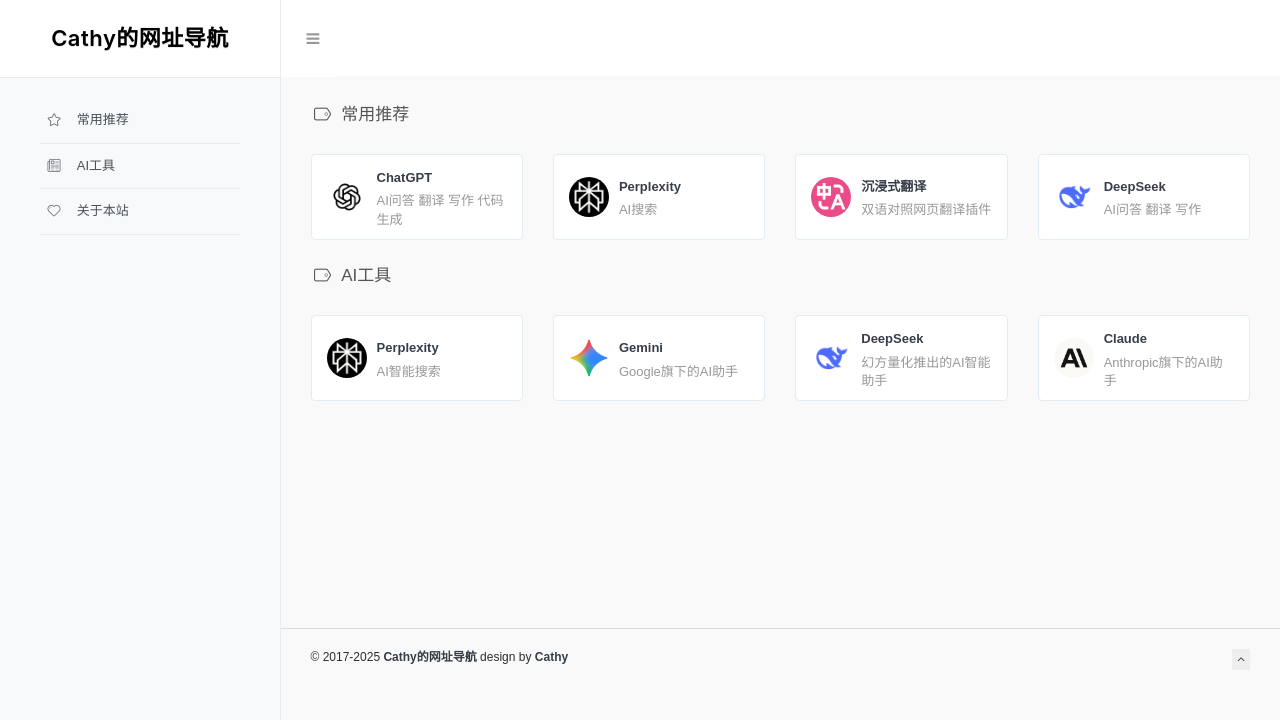
Repository: SweetPomelo0/AINav
Page: cn/index.html
An editor plug-in stored every save of this project. The page is shown before and after the next save, followed by the edit.
The browser window is 1280 px wide. The pictures show the whole page.

Above is the page before, as saved 2025-07-24 23:37:47.

### cn/index.html
<!doctype html>
<html lang="zh">
  <head>
    <meta charset="utf-8" />
    <meta http-equiv="X-UA-Compatible" content="IE=edge" />
    <meta name="viewport" content="width=device-width, initial-scale=1.0" />
    <meta name="author" content="viggo" />
    <title>Cathy的网址导航</title>
    <meta name="keywords" content="Cathy的网址导航,收集工作中常用网址" />
    <meta name="description" content="Cathy的网址导航,收集工作中常用网址" />
    <link rel="shortcut icon" href="../assets/images/favicon.png" />
    <link
      rel="stylesheet"
      href="http://fonts.googleapis.com/css?family=Arimo:400,700,400italic"
    />
    <link
      rel="stylesheet"
      href="../assets/css/fonts/linecons/css/linecons.css"
    />
    <link
      rel="stylesheet"
      href="../assets/css/fonts/fontawesome/css/font-awesome.min.css"
    />
    <link rel="stylesheet" href="../assets/css/bootstrap.css" />
    <link rel="stylesheet" href="../assets/css/xenon-core.css" />
    <link rel="stylesheet" href="../assets/css/xenon-components.css" />
    <link rel="stylesheet" href="../assets/css/xenon-skins.css" />
    <link rel="stylesheet" href="../assets/css/nav.css" />
    <style>
      /* 自定义logo文字样式 */
      .logo-text {
        text-decoration: none !important;
        display: block;
      }

      .logo-title {
        background: linear-gradient(135deg, #000000 0%, #000000 50%, #000000 100%);
        -webkit-background-clip: text;
        -webkit-text-fill-color: transparent;
        background-clip: text;
        font-size: 22px;
        font-weight: 600;
        font-family: 'Microsoft YaHei', 'PingFang SC', 'SF Pro Display', 'Helvetica Neue', Arial, sans-serif;
        text-decoration: none;
        display: block;
        line-height: 1.3;
        letter-spacing: 0.5px;
        transition: all 0.3s ease;
        text-shadow: 0 1px 1px rgba(0,0,0,0.1);
        text-align: center;
        width: 100%;
        /* 调整上下间距 */
        padding: 5px 0;
      }

      .logo-title-collapsed {
         color: #ffffff;
         font-size: 22px;
         font-weight: 700;
         font-family: 'Microsoft YaHei', 'PingFang SC', 'SF Pro Display', 'Helvetica Neue', Arial, sans-serif;
         text-decoration: none;
         display: inline-block;
         line-height: 1;
         text-align: center;
         width: 42px;
         height: 42px;
         line-height: 42px;
         background: linear-gradient(135deg, #000000 0%, #000000 50%, #000000 100%);
         border-radius: 12px;
         transition: all 0.3s cubic-bezier(0.4, 0, 0.2, 1);
         box-shadow: 0 4px 12px rgba(30, 136, 229, 0.3);
         border: 2px solid rgba(255, 255, 255, 0.1);
       }


      /* 确保logo容器样式 */
       .sidebar-menu .logo-env .logo {
         text-align: center !important;
         width: 100% !important;
         float: none !important;
         display: flex !important;
         justify-content: center !important;
         align-items: center !important;
       }

       /* 添加微妙的发光效果
       .logo-title::before {
         content: '';
         position: absolute;
         top: 0;
         left: 0;
         right: 0;
         bottom: 0;
         background: linear-gradient(135deg, rgba(199, 129, 191, 0.1) 0%, rgba(199, 129, 191, 0.1) 100%);
         border-radius: 8px;
         opacity: 0;
         transition: opacity 0.3s ease;
         z-index: -1;
       }*/

       .logo-text:hover .logo-title::before {
         opacity: 1;
       }

       /* 为logo文字添加相对定位 */
       .logo-title {
         position: relative;
       }

       /* 浅色侧边栏主题样式 */
       .sidebar-menu {
         background: #f8f9fa !important;
         border-right: 1px solid #e9ecef;
         box-shadow: 2px 0 10px rgba(0,0,0,0.1);
       }

       .sidebar-menu .logo-env {
         background: #ffffff;
         border-bottom: 1px solid #e9ecef !important;
         height: 78px;
       }

       .sidebar-menu .main-menu a {
         color: #495057 !important;
         border-bottom: 1px solid #e9ecef !important;
         transition: all 0.3s ease;
       }

       .sidebar-menu .main-menu a:hover {
         color: #007bff !important;
         background: #f1f3f4;
         padding-left: 15px;
         border-left: 3px solid #007bff;
       }

       .sidebar-menu .main-menu li.active > a {
         color: #007bff !important;
         background: #e3f2fd;
         border-left: 3px solid #007bff;
         font-weight: 500;
       }

       .sidebar-menu .main-menu a > i {
         color: #6c757d;
       }

       .sidebar-menu .main-menu a:hover > i,
       .sidebar-menu .main-menu li.active > a > i {
         color: #007bff;
       }

       .sidebar-menu .main-menu li.has-sub > a:before {
         color: #6c757d !important;
       }

       .sidebar-menu .main-menu li.has-sub:hover > a:before,
       .sidebar-menu .main-menu li.has-sub.active > a:before {
         color: #007bff !important;
       }

       /* 子菜单样式 */
       .sidebar-menu .main-menu ul li a {
         color: #6c757d !important;
         padding-left: 35px;
         font-size: 13px;
       }

       .sidebar-menu .main-menu ul li a:hover {
         color: #007bff !important;
         background: #f8f9fa;
         padding-left: 45px;
       }

       .sidebar-menu .main-menu ul li.active > a {
         color: #007bff !important;
         background: #e3f2fd;
         font-weight: 500;
       }

       /* 标签样式调整 */
       .sidebar-menu .main-menu .label {
         background: #28a745;
         color: white;
       }

       .sidebar-menu .main-menu .label-pink {
         background: #e91e63;
       }

       .sidebar-menu .main-menu .label-Primary {
         background: #007bff;
       }
    </style>
    <script src="../assets/js/jquery-1.11.1.min.js"></script>
  </head>

  <body class="page-body">
    <!-- skin-white -->
    <div class="page-container">
      <div class="sidebar-menu toggle-others fixed">
        <div class="sidebar-menu-inner">
          <header class="logo-env">
            <!-- logo -->
            <div class="logo">
              <a href="index.html" class="logo-expanded logo-text">
                <span class="logo-title">Cathy的网址导航</span>
              </a>
              <a href="index.html" class="logo-collapsed logo-text">
                <span class="logo-title-collapsed">C</span>
              </a>
            </div>

          </header>
          <ul id="main-menu" class="main-menu">
            <li>
              <a href="#常用推荐" class="smooth">
                <i class="linecons-star"></i>
                <span class="title">常用推荐</span>
              </a>
            </li>
            <li>
              <a href="#AI工具" class="smooth">
                <i class="linecons-doc"></i>
                <span class="title">AI工具</span>
              </a>
            </li>

            <li>
              <a href="about.html">
                <i class="linecons-heart"></i>
                <span class="tooltip-blue">关于本站</span>
                <!-- <span class="label label-Primary pull-right hidden-collapsed"
                  > </span> -->
              </a>
            </li>

          </ul>
        </div>
      </div>
      <div class="main-content">
        <nav class="navbar user-info-navbar" role="navigation">
          <!-- User Info, Notifications and Menu Bar -->
          <!-- Left links for user info navbar -->
          <ul class="user-info-menu left-links list-inline list-unstyled">
            <li class="hidden-sm hidden-xs">
              <a href="#" data-toggle="sidebar">
                <i class="fa-bars"></i>
              </a>
            </li>
        </nav>

        <!-- 常用推荐 -->
        <h4 class="text-gray">
          <i class="linecons-tag" style="margin-right: 7px" id="常用推荐"></i>常用推荐
        </h4>
        <div class="row">

          <!-- ChatGPT -->
          <div class="col-sm-3">
                    <div class="xe-widget xe-conversations box2 label-info" onclick="window.open('https://chatgpt.com/', '_blank')" data-toggle="tooltip" data-placement="bottom" title="" data-original-title="https://chatgpt.com/">
                        <div class="xe-comment-entry">
                            <a class="xe-user-img">
                                <img data-src="../assets/images/logos/chatgpt.png" class="lozad img-circle" width="40">
                            </a>
                            <div class="xe-comment">
                                <a href="#" class="xe-user-name overflowClip_1">
                                    <strong>ChatGPT</strong>
                                </a>
                                <p class="overflowClip_2">AI问答 翻译 写作 代码生成</p>
                            </div>
                        </div>
                    </div>
                </div>

          <!-- Perplexity -->
             <div class="col-sm-3">
                    <div class="xe-widget xe-conversations box2 label-info" onclick="window.open('https://www.perplexity.ai/', '_blank')" data-toggle="tooltip" data-placement="bottom" title="" data-original-title="https://www.perplexity.ai/">
                        <div class="xe-comment-entry">
                            <a class="xe-user-img">
                                <img data-src="../assets/images/logos/perplexity.png" class="lozad img-circle" width="40">
                            </a>
                            <div class="xe-comment">
                                <a href="#" class="xe-user-name overflowClip_1">
                                    <strong> Perplexity</strong>
                                </a>
                                <p class="overflowClip_2">AI搜索</p>
                            </div>
                        </div>
                    </div>
                </div>

          <!-- 沉浸式翻译 -->
          <div class="col-sm-3">
                    <div class="xe-widget xe-conversations box2 label-info" onclick="window.open('https://immersivetranslate.com/zh-Hans/?utm_source=ai-bot.cn', '_blank')" data-toggle="tooltip" data-placement="bottom" title="" data-original-title="https://immersivetranslate.com/zh-Hans/?utm_source=ai-bot.cn">
                        <div class="xe-comment-entry">
                            <a class="xe-user-img">
                                <img data-src="../assets/images/logos/immersive.ico" class="lozad img-circle" width="40">
                            </a>
                            <div class="xe-comment">
                                <a href="#" class="xe-user-name overflowClip_1">
                                    <strong> 沉浸式翻译</strong>
                                </a>
                                <p class="overflowClip_2">双语对照网页翻译插件</p>
                            </div>
                        </div>
                    </div>
                </div>



          <!-- DeepSeek -->
          <div class="col-sm-3">
                    <div class="xe-widget xe-conversations box2 label-info" onclick="window.open('https://deepseek.cn/', '_blank')" data-toggle="tooltip" data-placement="bottom" title="" data-original-title="https://deepseek.cn/">
                        <div class="xe-comment-entry">
                            <a class="xe-user-img">
                                <img data-src="../assets/images/logos/deepseek.png" class="lozad img-circle" width="40">
                            </a>
                            <div class="xe-comment">
                                <a href="#" class="xe-user-name overflowClip_1">
                                    <strong>DeepSeek</strong>
                                </a>
                                <p class="overflowClip_2">AI问答 翻译 写作</p>
                            </div>
                        </div>
                    </div>
                </div>

        </div>
        <br />
        <!-- END 常用推荐 -->

        <!-- AI工具 -->
        <h4 class="text-gray">
          <i class="linecons-tag" style="margin-right: 7px" id="AI工具"></i>AI工具
        </h4>
        <div class="row">

          <!-- Perplexity -->
             <div class="col-sm-3">
                    <div class="xe-widget xe-conversations box2 label-info" onclick="window.open('https://www.perplexity.ai/', '_blank')" data-toggle="tooltip" data-placement="bottom" title="" data-original-title="https://www.perplexity.ai/">
                        <div class="xe-comment-entry">
                            <a class="xe-user-img">
                                <img data-src="../assets/images/logos/perplexity.png" class="lozad img-circle" width="40">
                            </a>
                            <div class="xe-comment">
                                <a href="#" class="xe-user-name overflowClip_1">
                                    <strong> Perplexity</strong>
                                </a>
                                <p class="overflowClip_2">AI智能搜索</p>
                            </div>
                        </div>
                    </div>
                </div>

          <!-- Gemini -->
          <div class="col-sm-3">
                    <div class="xe-widget xe-conversations box2 label-info" onclick="window.open('https://gemini.google.com/app', '_blank')" data-toggle="tooltip" data-placement="bottom" title="" data-original-title="https://gemini.google.com/app">
                        <div class="xe-comment-entry">
                            <a class="xe-user-img">
                                <img data-src="../assets/images/logos/gemini.png" class="lozad img-circle" width="40">
                            </a>
                            <div class="xe-comment">
                                <a href="#" class="xe-user-name overflowClip_1">
                                    <strong> Gemini</strong>
                                </a>
                                <p class="overflowClip_2">Google旗下的AI助手</p>
                            </div>
                        </div>
                    </div>
                </div>

          <!-- DeepSeek -->
          <div class="col-sm-3">
                    <div class="xe-widget xe-conversations box2 label-info" onclick="window.open('https://deepseek.cn/', '_blank')" data-toggle="tooltip" data-placement="bottom" title="" data-original-title="https://deepseek.cn/">
                        <div class="xe-comment-entry">
                            <a class="xe-user-img">
                                <img data-src="../assets/images/logos/deepseek.png" class="lozad img-circle" width="40">
                            </a>
                            <div class="xe-comment">
                                <a href="#" class="xe-user-name overflowClip_1">
                                    <strong>DeepSeek</strong>
                                </a>
                                <p class="overflowClip_2">幻方量化推出的AI智能助手</p>
                            </div>
                        </div>
                    </div>
                </div>

          <!-- Claude -->
          <div class="col-sm-3">
                    <div class="xe-widget xe-conversations box2 label-info" onclick="window.open('https://claude.ai/', '_blank')" data-toggle="tooltip" data-placement="bottom" title="" data-original-title="https://claude.ai/">
                        <div class="xe-comment-entry">
                            <a class="xe-user-img">
                                <img data-src="../assets/images/logos/claude.png" class="lozad img-circle" width="40">
                            </a>
                            <div class="xe-comment">
                                <a href="#" class="xe-user-name overflowClip_1">
                                    <strong> Claude</strong>
                                </a>
                                <p class="overflowClip_2">Anthropic旗下的AI助手</p>
                            </div>
                        </div>
                    </div>
                </div>



        </div>
        <br />
        <!-- END AI工具 -->
<!--  -->

        <br />

        <footer class="main-footer sticky footer-type-1">
          <div class="footer-inner">
            <!-- Add your copyright text here -->
            <div class="footer-text">
              &copy; 2017-2025
              <a href="../cn/about.html"><strong>Cathy的网址导航</strong></a> design by
              <a href="https://www.viggoz.com" target="_blank"
                ><strong>Cathy</strong></a
              >
              <!--  - Purchase for only <strong>23$</strong> -->
            </div>
            <!-- Go to Top Link, just add rel="go-top" to any link to add this functionality -->
            <div class="go-up">
              <a href="#" rel="go-top">
                <i class="fa-angle-up"></i>
              </a>
            </div>
          </div>
        </footer>
      </div>
    </div>
    <!-- 锚点平滑移动 -->
    <script type="text/javascript">
      $(document).ready(function () {
        //img lazy loaded
        const observer = lozad();
        observer.observe();

        $(document).on("click", ".has-sub", function () {
          var _this = $(this);
          if (!$(this).hasClass("expanded")) {
            setTimeout(function () {
              _this.find("ul").attr("style", "");
            }, 300);
          } else {
            $(".has-sub ul").each(function (id, ele) {
              var _that = $(this);
              if (_this.find("ul")[0] != ele) {
                setTimeout(function () {
                  _that.attr("style", "");
                }, 300);
              }
            });
          }
        });
        $(".user-info-menu .hidden-sm").click(function () {
          if ($(".sidebar-menu").hasClass("collapsed")) {
            $(".has-sub.expanded > ul").attr("style", "");
          } else {
            $(".has-sub.expanded > ul").show();
          }
        });
        $("#main-menu li ul li").click(function () {
          $(this).siblings("li").removeClass("active"); // 删除其他兄弟元素的样式
          $(this).addClass("active"); // 添加当前元素的样式
        });
        $("a.smooth").click(function (ev) {
          ev.preventDefault();

          public_vars.$mainMenu
            .add(public_vars.$sidebarProfile)
            .toggleClass("mobile-is-visible");
          ps_destroy();
          $("html, body").animate(
            {
              scrollTop: $($(this).attr("href")).offset().top - 30,
            },
            {
              duration: 500,
              easing: "swing",
            }
          );
        });
        return false;
      });

      var href = "";
      var pos = 0;
      $("a.smooth").click(function (e) {
        $("#main-menu li").each(function () {
          $(this).removeClass("active");
        });
        $(this).parent("li").addClass("active");
        e.preventDefault();
        href = $(this).attr("href");
        pos = $(href).position().top - 30;
      });
    </script>
    <!-- Bottom Scripts -->
    <script src="../assets/js/bootstrap.min.js"></script>
    <script src="../assets/js/TweenMax.min.js"></script>
    <script src="../assets/js/resizeable.js"></script>
    <script src="../assets/js/joinable.js"></script>
    <script src="../assets/js/xenon-api.js"></script>
    <script src="../assets/js/xenon-toggles.js"></script>
    <!-- JavaScripts initializations and stuff -->
    <script src="../assets/js/xenon-custom.js"></script>
    <script src="../assets/js/lozad.js"></script>
  </body>
</html>

### assets/css/nav.css
.box2 {
  height: 86px;
  cursor: pointer;
  border-radius: 4px;
  padding: 0px 30px 0px 30px;
  background-color: #fff;
  border-radius: 4px;
  border: 1px solid #e4ecf3;
  margin: 20px 0 0 0;
  -webkit-transition: all 0.3s ease;
  -moz-transition: all 0.3s ease;
  -o-transition: all 0.3s ease;
  transition: all 0.3s ease;
}

.box2:hover {
  transform: translateY(-6px);
  -webkit-transform: translateY(-6px);
  -moz-transform: translateY(-6px);
  box-shadow: 0 26px 40px -24px rgba(0, 36, 100, 0.3);
  -webkit-box-shadow: 0 26px 40px -24px rgba(0, 36, 100, 0.3);
  -moz-box-shadow: 0 26px 40px -24px rgba(0, 36, 100, 0.3);
  -webkit-transition: all 0.3s ease;
  -moz-transition: all 0.3s ease;
  -o-transition: all 0.3s ease;
  transition: all 0.3s ease;
}

.xe-comment-entry img {
  float: left;
  display: block;
  margin-right: 10px;
}
.xe-comment {
  transform: translateY(-50%);
  position: absolute;
  margin-left: 50px;
  top: 50%;
}
.xe-comment p {
  margin-bottom: 0px;
  margin-right: 15px;
}
.overflowClip_1 {
  overflow: hidden;
  text-overflow: ellipsis;
  display: -webkit-box;
  -webkit-line-clamp: 1;
  -webkit-box-orient: vertical;
  margin-top: 5px;
}
.overflowClip_2 {
  overflow: hidden;
  text-overflow: ellipsis;
  display: -webkit-box;
  -webkit-line-clamp: 2;
  -webkit-box-orient: vertical;
  margin-top: 5px;
}

.submit-tag {
  margin-top: 50px;
}

.img-circle {
  padding: 7px 0;
}

### assets/js/xenon-api.js
/**
 *	Xenon API Functions
 *
 *	Theme by: www.laborator.co
 **/


function rtl() // checks whether the content is in RTL mode
{
	if(typeof window.isRTL == 'boolean')
		return window.isRTL;

	window.isRTL = jQuery("html").get(0).dir == 'rtl' ? true : false;

	return window.isRTL;
}



// Page Loader
function show_loading_bar(options)
{
	var defaults = {
		pct: 0,
		delay: 1.3,
		wait: 0,
		before: function(){},
		finish: function(){},
		resetOnEnd: true
	};

	if(typeof options == 'object')
		defaults = jQuery.extend(defaults, options);
	else
	if(typeof options == 'number')
		defaults.pct = options;


	if(defaults.pct > 100)
		defaults.pct = 100;
	else
	if(defaults.pct < 0)
		defaults.pct = 0;

	var $ = jQuery,
		$loading_bar = $(".xenon-loading-bar");

	if($loading_bar.length == 0)
	{
		$loading_bar = $('<div class="xenon-loading-bar progress-is-hidden"><span data-pct="0"></span></div>');
		public_vars.$body.append( $loading_bar );
	}

	var $pct = $loading_bar.find('span'),
		current_pct = $pct.data('pct'),
		is_regress = current_pct > defaults.pct;


	defaults.before(current_pct);

	TweenMax.to($pct, defaults.delay, {css: {width: defaults.pct + '%'}, delay: defaults.wait, ease: is_regress ? Expo.easeOut : Expo.easeIn,
	onStart: function()
	{
		$loading_bar.removeClass('progress-is-hidden');
	},
	onComplete: function()
	{
		var pct = $pct.data('pct');

		if(pct == 100 && defaults.resetOnEnd)
		{
			hide_loading_bar();
		}

		defaults.finish(pct);
	},
	onUpdate: function()
	{
		$pct.data('pct', parseInt($pct.get(0).style.width, 10));
	}});
}

function hide_loading_bar()
{
	var $ = jQuery,
		$loading_bar = $(".xenon-loading-bar"),
		$pct = $loading_bar.find('span');

	$loading_bar.addClass('progress-is-hidden');
	$pct.width(0).data('pct', 0);
}

Loaded but not shown: assets/css/fonts/linecons/css/linecons.css (common file); assets/css/fonts/fontawesome/css/font-awesome.min.css (library); assets/css/bootstrap.css (library); assets/css/xenon-core.css (library); assets/css/xenon-components.css (library); assets/css/xenon-skins.css (library); assets/js/jquery-1.11.1.min.js (library); assets/js/bootstrap.min.js (library); assets/js/TweenMax.min.js (library); assets/js/joinable.js (library); assets/js/xenon-custom.js (1950 lines, source omitted); assets/js/xenon-toggles.js (321 lines, source omitted); assets/js/lozad.js (173 lines, source omitted); assets/js/resizeable.js (122 lines, source omitted)

After the next save:
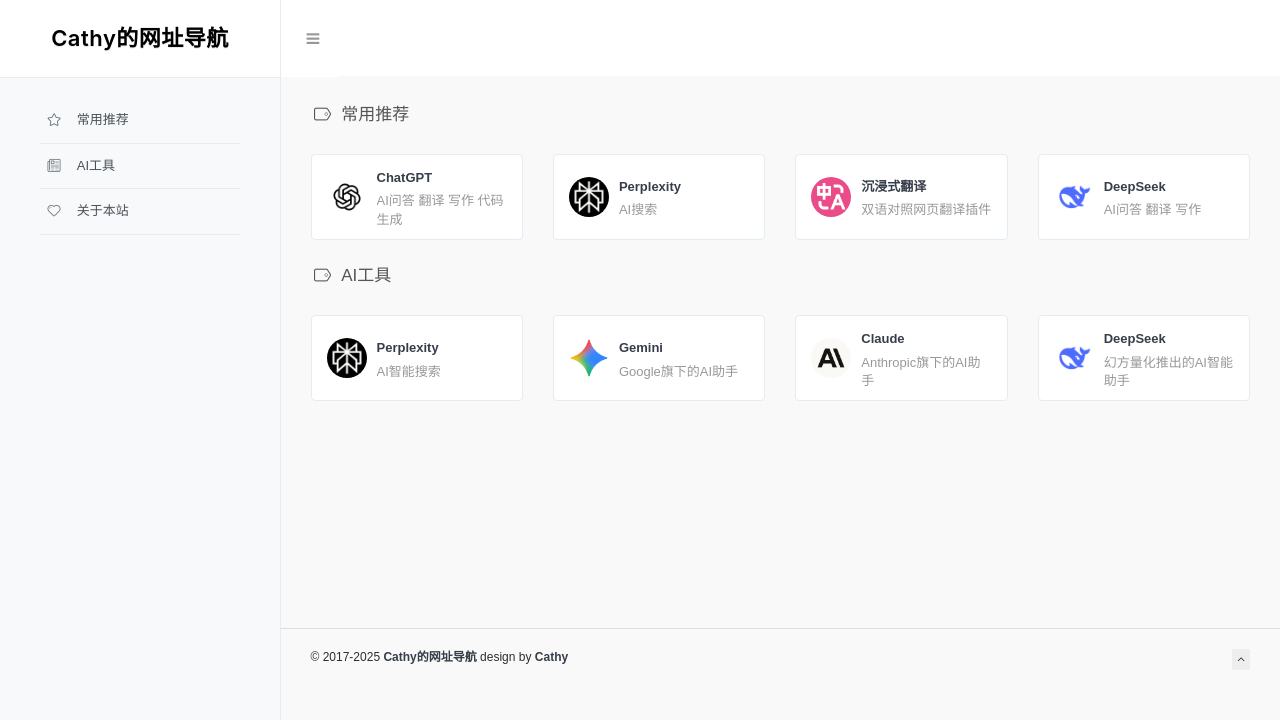
Saved 23 s later.
--- a/cn/index.html
+++ b/cn/index.html
@@ -369,6 +369,24 @@
                     </div>
                 </div>
 
+
+          <!-- Claude -->
+          <div class="col-sm-3">
+                    <div class="xe-widget xe-conversations box2 label-info" onclick="window.open('https://claude.ai/', '_blank')" data-toggle="tooltip" data-placement="bottom" title="" data-original-title="https://claude.ai/">
+                        <div class="xe-comment-entry">
+                            <a class="xe-user-img">
+                                <img data-src="../assets/images/logos/claude.png" class="lozad img-circle" width="40">
+                            </a>
+                            <div class="xe-comment">
+                                <a href="#" class="xe-user-name overflowClip_1">
+                                    <strong> Claude</strong>
+                                </a>
+                                <p class="overflowClip_2">Anthropic旗下的AI助手</p>
+                            </div>
+                        </div>
+                    </div>
+                </div>
+
           <!-- DeepSeek -->
           <div class="col-sm-3">
                     <div class="xe-widget xe-conversations box2 label-info" onclick="window.open('https://deepseek.cn/', '_blank')" data-toggle="tooltip" data-placement="bottom" title="" data-original-title="https://deepseek.cn/">
@@ -385,24 +403,6 @@
                         </div>
                     </div>
                 </div>
-
-          <!-- Claude -->
-          <div class="col-sm-3">
-                    <div class="xe-widget xe-conversations box2 label-info" onclick="window.open('https://claude.ai/', '_blank')" data-toggle="tooltip" data-placement="bottom" title="" data-original-title="https://claude.ai/">
-                        <div class="xe-comment-entry">
-                            <a class="xe-user-img">
-                                <img data-src="../assets/images/logos/claude.png" class="lozad img-circle" width="40">
-                            </a>
-                            <div class="xe-comment">
-                                <a href="#" class="xe-user-name overflowClip_1">
-                                    <strong> Claude</strong>
-                                </a>
-                                <p class="overflowClip_2">Anthropic旗下的AI助手</p>
-                            </div>
-                        </div>
-                    </div>
-                </div>
-
 
 
         </div>
